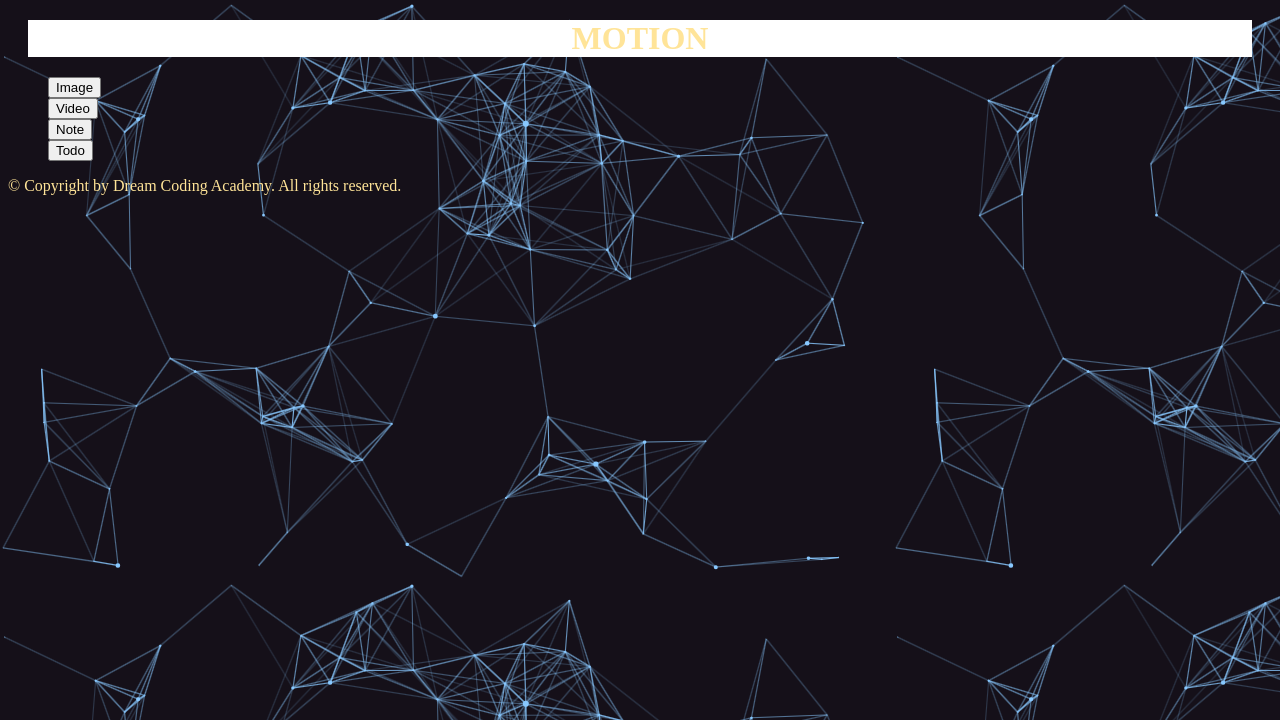
Repository: chefkuna/Motion
Page: index.html
The author's editor kept a copy of each file at every save. The page is drawn from the files as they stood at one save, then again after the next save.
The browser window is 1280 px wide. The pictures show the whole page.

Above is the page before, as saved 2022-08-21 14:37:38.

### index.html
<!DOCTYPE html>
<html lang="en">
<head>
  <meta charset="UTF-8">
  <meta http-equiv="X-UA-Compatible" content="IE=edge">
  <meta name="viewport" content="width=device-width, initial-scale=1.0">
  <title>Motion</title>
  <link rel="stylesheet" href="./style/style.css">
  <script src='./dist/app.js' defer></script>
</head>
<body>
  <div class="app">
    <header class='banner'>
      <h1 class="banner__title">MOTION</h1>
      <ul class="control-panel">
        <li><button id='new-image' class="create-button">Image</button></li>
        <li><button id='new-video' class="create-button">Video</button></li>
        <li><button id='new-note' class="create-button">Note</button></li>
        <li><button id='new-todo' class="create-button">Todo</button></li>
      </ul>
    </header>
    <main class='document'></main>
    <footer class="footer">
      <p>© Copyright by Dream Coding Academy. All rights reserved.</p>
    </footer>
  </div>

</body>
</html>

### style/style.css
:root {
  --bg-main-color: #00000080;
  --bg-accent-color: #89c9ff;
  --accent-color: #1b98ff;
  --text-accent-color: #ffe498;
  --text-edit-bg-color: #575757;
  --border-color: #3f3f3f;
  --shadow-color: #202020;
  --document-bg-color: #68686850;
  --component-bg-gradient: radial-gradient(circle, #646464e6 0%, #363636e6 100%);
  --smokywhite: #dddbd8;
  --black: #000000;
  --translucent-black: #00000099;
}



li {
  list-style: none;
  padding-left: 0;
}

p {
  color: var(--text-accent-color);
}

body {
  background: url('../assets/background.png');
}

.banner__title {
  background-color: #fff;
  color: var(--text-accent-color);
  margin: 20px;
  text-align: center;
}

Loaded but not shown: dist/app.js (no copy from this time; the picture is the same without it)

After the next save:
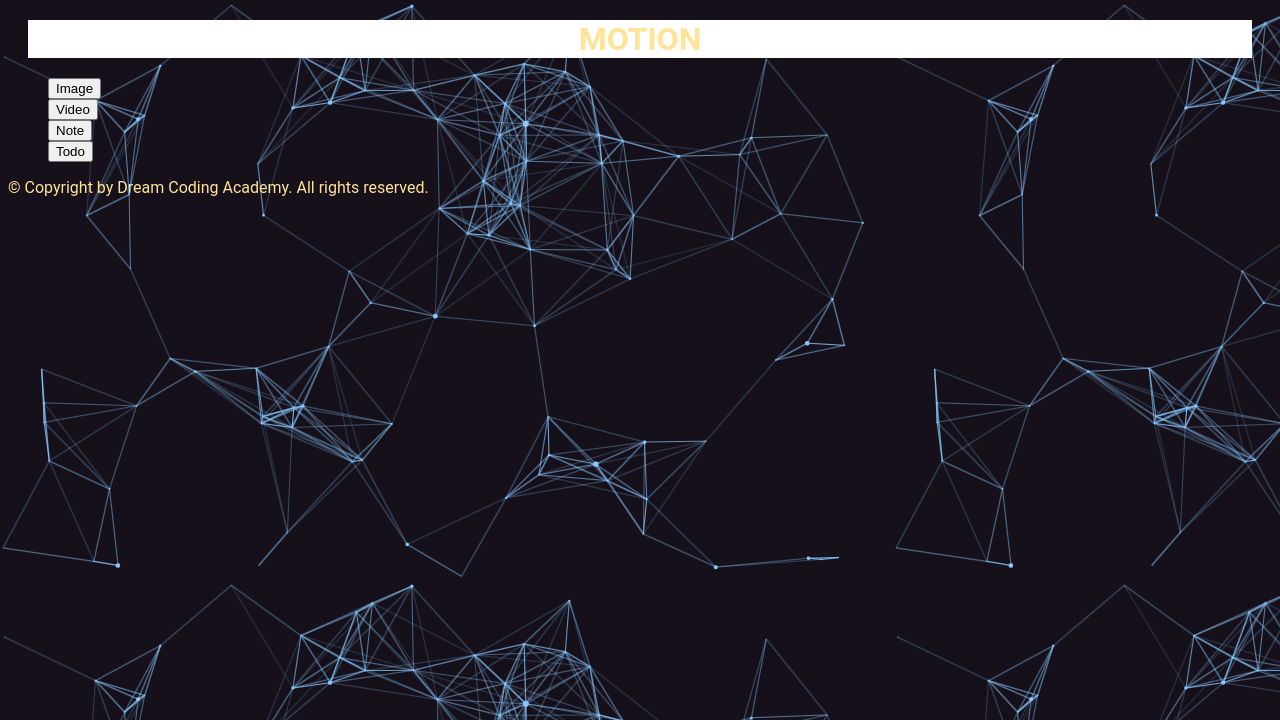
Saved 43 s later.
--- a/style/style.css
+++ b/style/style.css
@@ -26,6 +26,7 @@ p {
 
 body {
   background: url('../assets/background.png');
+  font-family: Roboto, Oxygen, sans-serif;
 }
 
 .banner__title {
